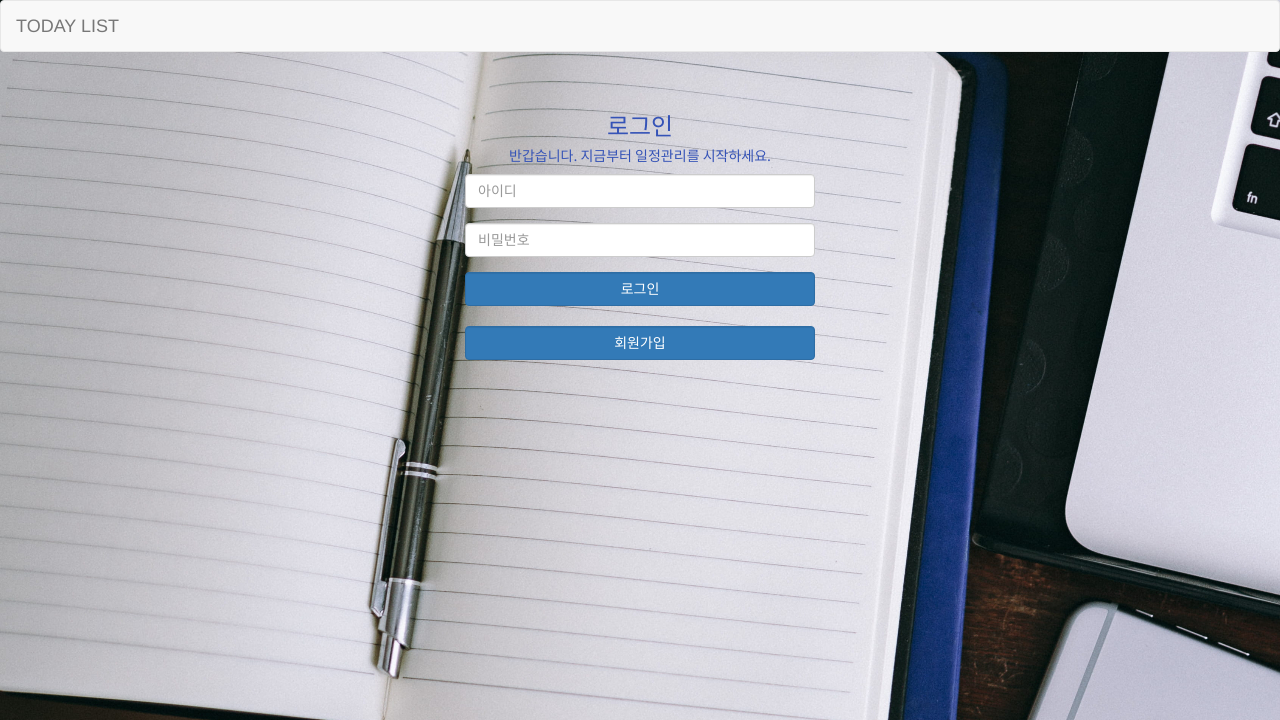
Repository: heedayday/today_list
Page: http://localhost/TODOLIST2/login.jsp
An editor plug-in stored every save of this project. The page is shown before and after the next save, followed by the edit.
The browser window is 1280 px wide. The pictures show the whole page.
The page is served by Tomcat 9.

Above is the page before, as saved 2020-11-12 18:32:19.

After the next save:
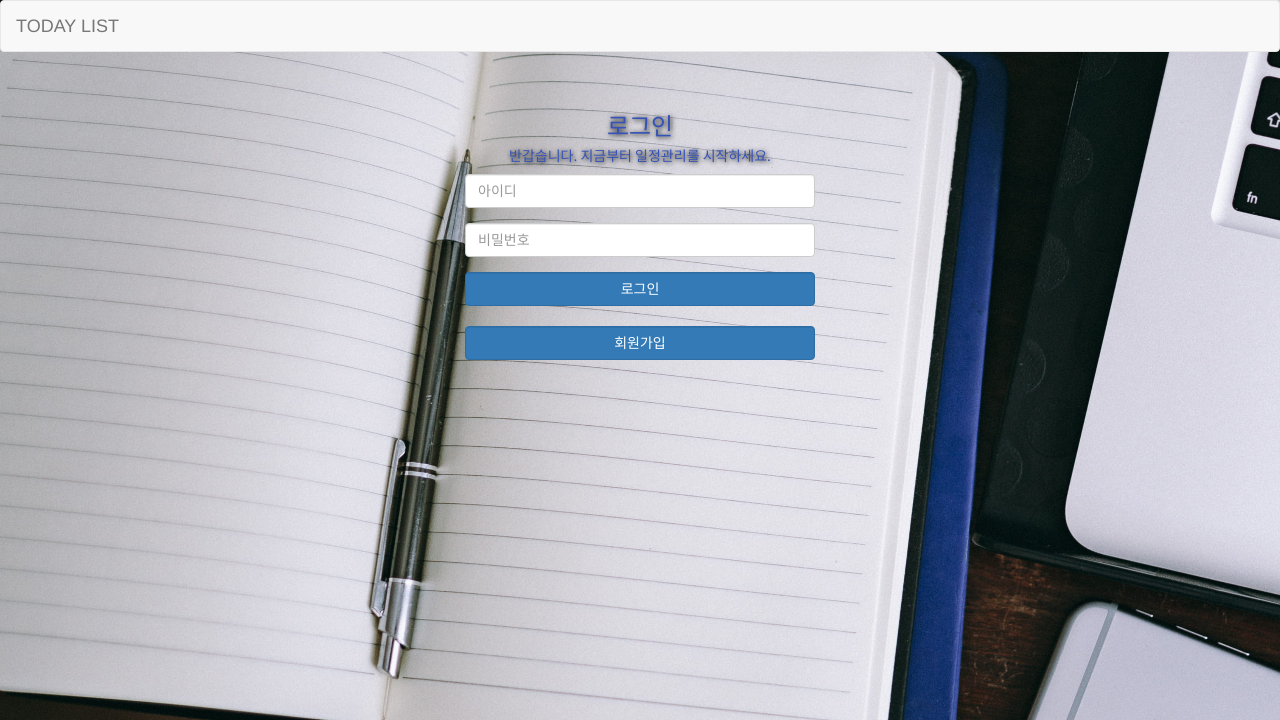
Saved 49 s later.
--- a/TODOLIST2/WebContent/login.jsp
+++ b/TODOLIST2/WebContent/login.jsp
@@ -34,8 +34,8 @@ body {
 		<div class="col-lg-4">
 			<div class="jumpbotron" style="padding-top:20px;">
 				 <form method="post" action="loginAction.jsp">
-				 	<h3  style="text-align: center; color: #3553b7; font-family: 'Noto Sans KR', sans-serif; " >로그인</h3>
-				 	<h5  style="text-align: center; color: #3553b7; font-family: 'Noto Sans KR', sans-serif; " >반갑습니다. 지금부터 일정관리를 시작하세요.</h5>
+				 	<h3  style="text-align: center; color: #3553b7; font-family: 'Noto Sans KR', sans-serif; text-shadow: 1px 1px 5px #000;" >로그인</h3>
+				 	<h5  style="text-align: center; color: #3553b7; font-family: 'Noto Sans KR', sans-serif; text-shadow: 1px 1px 5px #000;" >반갑습니다. 지금부터 일정관리를 시작하세요.</h5>
 				 	<div class="form-group">
 				 		<input type="text" class="form-control" placeholder="아이디" name="userID" maxlength="20">
 				 	</div>
